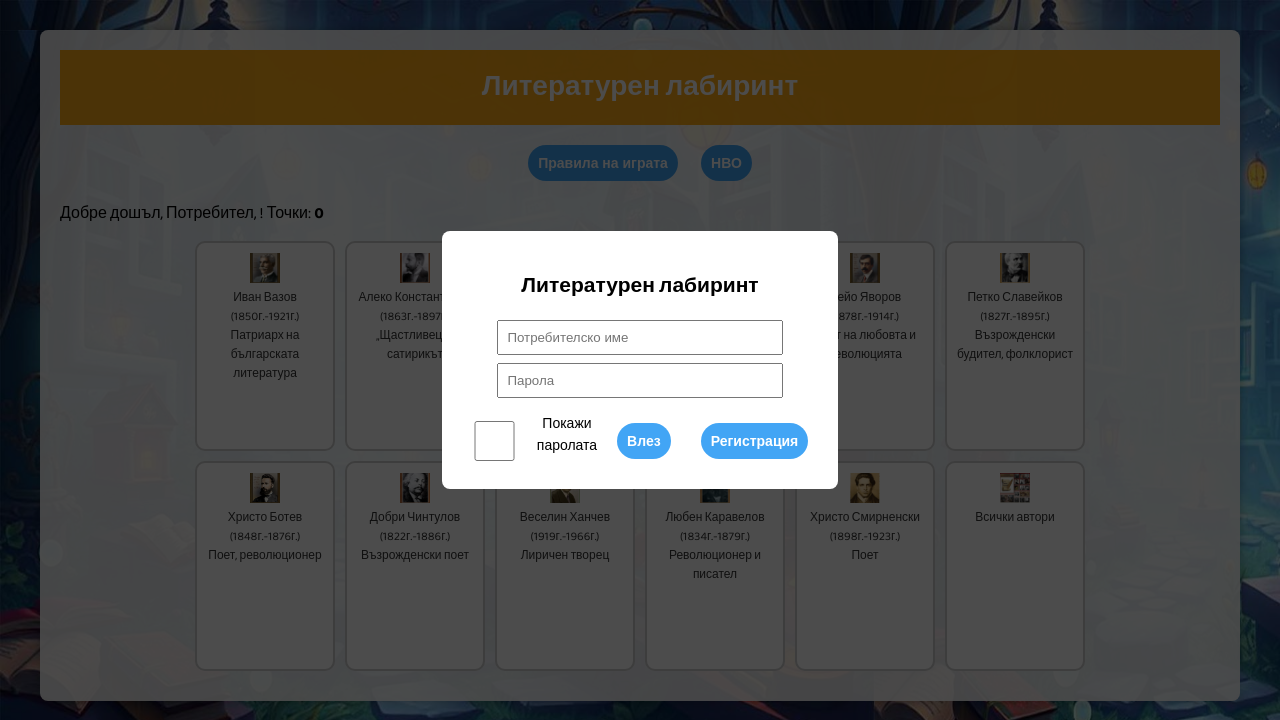
Repository: LY1177/litmaze
Page: public/index.html
An editor plug-in stored every save of this project. The page is shown before and after the next save, followed by the edit.
The browser window is 1280 px wide. The pictures show the window.
The page's requests for data from a server got no answer. A layer covers the whole window, so only the first screen is drawn. Backgrounds fixed to the window are drawn as part of the page.

Above is the page before, as saved 2025-05-01 23:26:02.

After the next save:
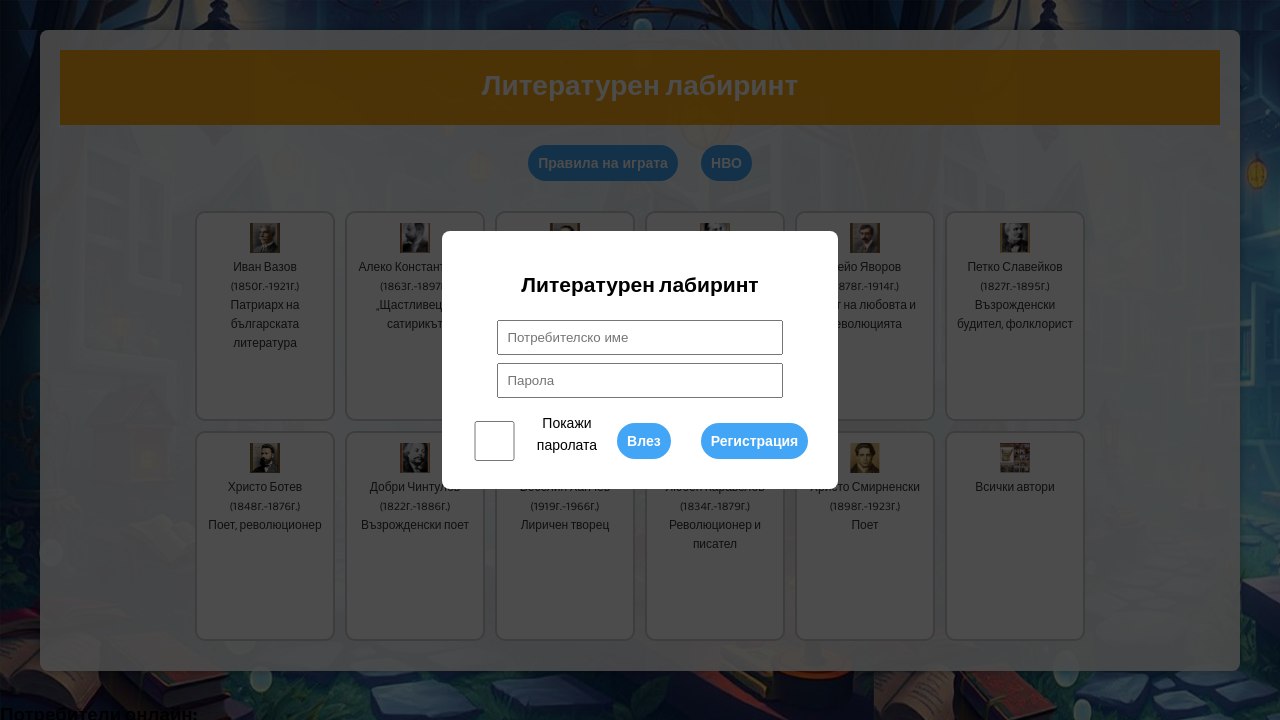
Saved 5 min 34 s later.
--- a/public/index.html
+++ b/public/index.html
@@ -86,11 +86,9 @@
   <button id="rules-btn" class="btn">Правила на играта</button>
   <button id="nvo-btn" class="btn">НВО</button>
  </div>
- <div id="user-info">
-
-    Добре дошъл, Потребител, <strong><span id="username"></span></strong>!
-    Точки: <strong><span id="score">0</span></strong>
-
+ <div id="welcome-info" style="display:none">
+  Добре дошъл, <strong><span id="welcome-username"></span></strong>!
+  Точки: <strong><span id="welcome-score">0</span></strong>
 </div>
 
       <!-- Мрежа с 12 карти -->

After the save that followed:
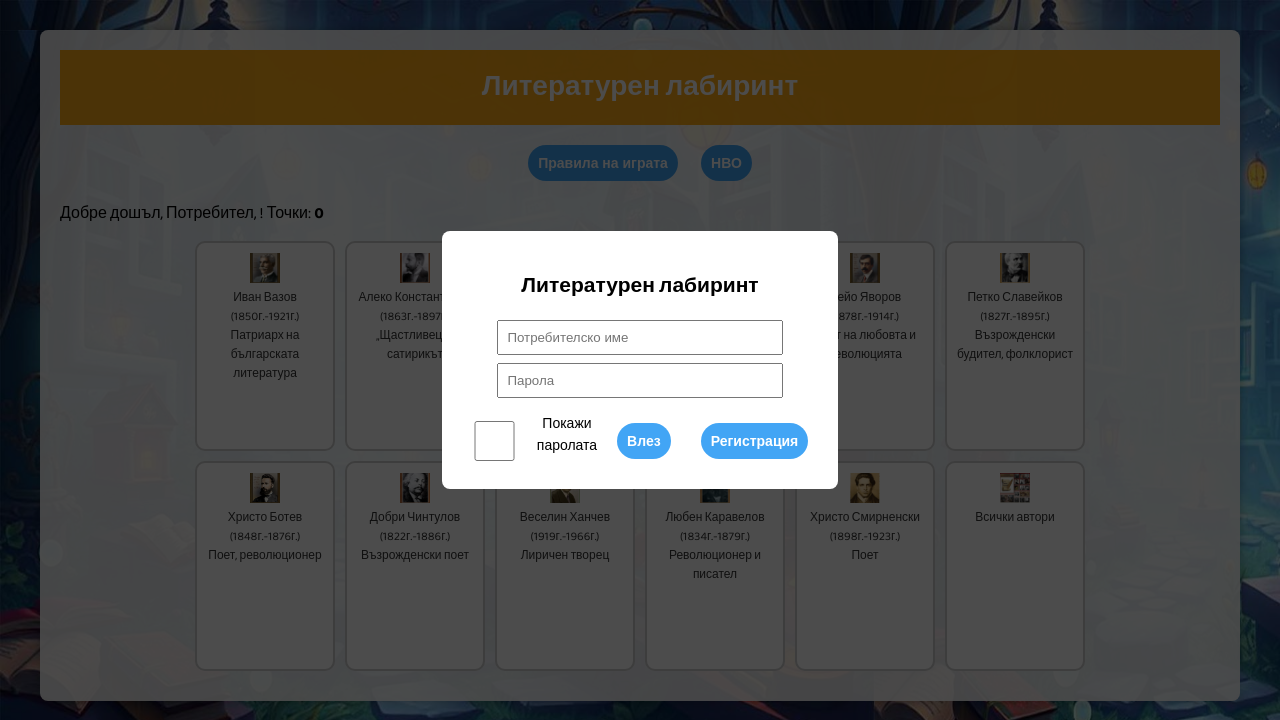
Saved 26 s later.
--- a/public/index.html
+++ b/public/index.html
@@ -86,9 +86,11 @@
   <button id="rules-btn" class="btn">Правила на играта</button>
   <button id="nvo-btn" class="btn">НВО</button>
  </div>
- <div id="welcome-info" style="display:none">
-  Добре дошъл, <strong><span id="welcome-username"></span></strong>!
-  Точки: <strong><span id="welcome-score">0</span></strong>
+ <div id="user-info">
+
+    Добре дошъл, Потребител, <strong><span id="username"></span></strong>!
+    Точки: <strong><span id="score">0</span></strong>
+
 </div>
 
       <!-- Мрежа с 12 карти -->
